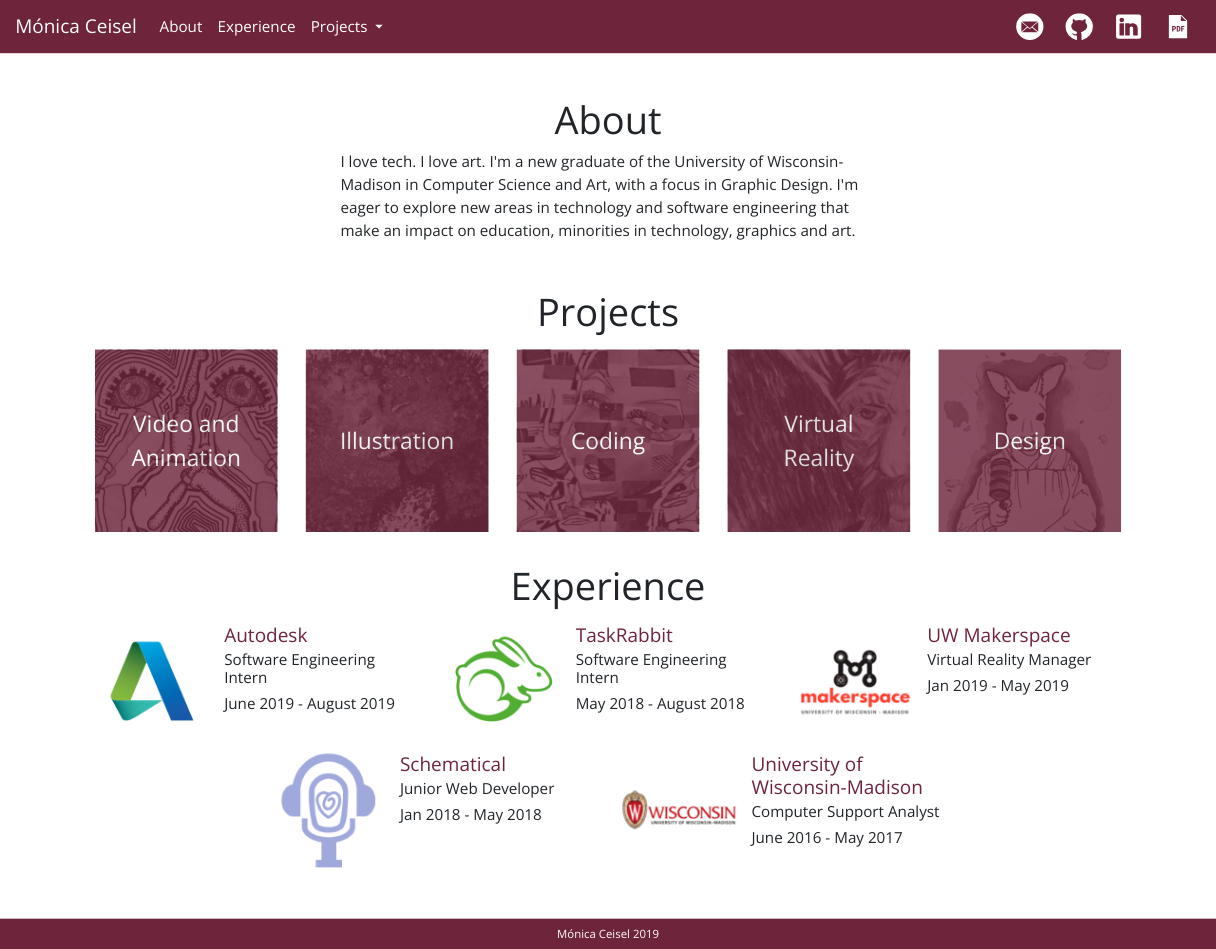
Repository: ceiselm/ceiselm.github.io
Page: index.html
These files come from the project's save history. The page is drawn as it stood at one moment and after the next save; the edit follows.
The browser window is 1280 px wide. The pictures show the whole page, at 95% of full size.

Above is the page before, as saved 2019-08-07 23:03:15.

### index.html
<!DOCTYPE html>
<html lang="en">

<head>
  <meta charset="utf-8">
  <meta http-equiv="X-UA-Compatible" content="IE=edge">
  <meta name="viewport" content="width=device-width, initial-scale=1">
  <title>M&oacute;nica Ceisel</title>
  <!-- Bootstrap -->
  <link href="css/bootstrap-4.2.1.css" rel="stylesheet">
  <!-- slick -->
  <link rel="stylesheet" type="text/css" href="slick/slick.css" />
  <!-- Add the new slick-theme.css if you want the default styling -->
  <link rel="stylesheet" type="text/css" href="slick/slick-theme.css" />
  <!-- font -->
  <link href="https://fonts.googleapis.com/css?family=Open+Sans&display=swap" rel="stylesheet">
  <!-- overwrites -->
  <link href="css/home.css" rel="stylesheet">
</head>

<body>
  <main>
    <!-- site navigation component START -->
    <nav class="navbar navbar-expand-lg navbar-dark bg-dark">
      <a class="navbar-brand" href="./index.html">M&oacute;nica Ceisel</a>
      <button class="navbar-toggler" type="button" data-toggle="collapse" data-target="#navbarSupportedContent"
        aria-controls="navbarSupportedContent" aria-expanded="false" aria-label="Toggle navigation">
        <span class="navbar-toggler-icon"></span>
      </button>
      <div class="collapse navbar-collapse" id="navbarSupportedContent">
        <ul class="navbar-nav mr-auto">
          <li class="nav-item">
            <a class="nav-link" href="#startAbout">About</a>
          </li>
          <li class="nav-item">
            <a class="nav-link" href="#startExperience">Experience</a>
          </li>
          <li class="nav-item dropdown">
            <a class="nav-link dropdown-toggle" href="#" id="navbarDropdown" role="button" data-toggle="dropdown"
              aria-haspopup="true" aria-expanded="false">
              Projects
            </a>
            <div class="dropdown-menu" aria-labelledby="navbarDropdown">
              <a class="dropdown-item" href="./subpages/coding.html">Coding</a>
              <div class="dropdown-divider"></div>
              <a class="dropdown-item" href="./subpages/illustration.html">Illustration</a>
              <a class="dropdown-item" href="./subpages/design.html">Design</a>
              <a class="dropdown-item" href="./subpages/virtualreality.html">Virtual Reality</a>
              <a class="dropdown-item" href="./subpages/videoandanimation.html">Video and Animation</a>
            </div>
          </li>
        </ul>
      </div>
      <!--		HAVE ICONS APPEAR ON BOTTOM FOR RESPONSIVE!-->
      <div class="navabar navbar-collapse">
        <ul class="navbar-nav ml-auto">
          <li class="nav-item">
            <a target="_blank" href="mailto:ceiselm@gmail.com"><img class="contact-icon" src="images/social/mail.svg"
                title="ceiselm@gmail.com" alt="mail"></a>
            <a target="_blank" href="https://github.com/ceiselm"><img class="contact-icon" src="images/social/github.svg"
                title="ceiselm" alt="github"></a>
            <a target="_blank" href="https://www.linkedin.com/in/monicaceisel/"><img class="contact-icon" src="images/social/linkedin.svg"
                title="monicaceisel" alt="linkedin"></a>
            <!-- <a target="_blank" href="https://twitter.com/Momonimations"><img class="contact-icon" src="images/social/twitter.svg" title="Momonimations" alt="twitter"></a> -->
            <a target="_blank" href="https://drive.google.com/file/d/1Cxu938UaEI__a5fxJjOS7-iBWBv4FZOx/view?usp=sharing"><img
                class="contact-icon" src="images/social/pdf.svg" title="Resume" alt="resume"></a>
          </li>
        </ul>
      </div>
    </nav>
    <!-- site navigation component END -->
    <!-- <hr> -->
    <!-- about START -->
    <div class="portion">
        <div class="container">
            <div class="row justify-content-center">
                <div class="col-10">
      <section>
        <div class="text-center mt-2">
          <div class="container">
            <div class="row">
              <div class="col-12">
                <h1 id="startAbout">About</h1>
                <div class="container">
                  <div class="row justify-content-center">
                    <div class="col col-md-8">
                      <p align="left">I love tech. I love art. I'm a new graduate of the University of Wisconsin-Madison
                        in Computer Science and Art,
                        with a focus in Graphic Design. I'm eager to explore new areas in technology and software
                        engineering that
                        make an impact on education, minorities in technology, graphics and art.
                      </p>
                    </div>
                  </div>
                </div>
                <!-- noteworthy articles -->
                <!--				https://insider.windows.com/en-us/community-news/how-this-coder-artist-grew-superpowers-to-create/-->
                <!--				https://insider.windows.com/en-us/community-news/extraordinary-women-in-computing/-->

                <!-- <div class="wrapper"> -->
                <!-- <div class="portion">
                  <div class="row align-items-center">
                  <div class="container col-lg-10 col-md-10">
                  <div class="slides">
                    <div><img class="slide-item col-sx-4" src="images/carousel/Microsoft.png" alt="First slide"><a class="highlight" href="https://insider.windows.com/en-us/community-news/how-this-coder-artist-grew-superpowers-to-create/">Microsoft Women
                      in Computing Award Winner</a></div>
                    <div><img class="slide-item col-sx-4" src="images/carousel/Target.jpg" alt="Second slide">1st Place for the
                      Target Women in Tech Symposium Hackathon</div>
                    <div><img class="slide-item col-sx-4" src="images/carousel/TaskRabbit.jpg" alt="Third slide">Software
                      Engineering Internship at TaskRabbit</div>
                    </div>
                  </div>
                </div> -->
              </div>
              </div>
            </div>
          </div>
        </div>
      </section>
    </div>
    <!-- about END -->
    <!-- <hr> -->
    <!-- projects START -->
    <div class="portion">
      <section>
        <div class="container">
          <div class="row">
            <div class="col-12 text-center">
              <h1>Projects</h1>
              <!-- <p>Lorem ipsum dolor sit amet, consectetur adipisicing elit. Officia, et, placeat !</p> -->
            </div>
          </div>
          <div class="row mt-2">

            <div class="col-md mt-md-0 mt-1">
              <a href="./subpages/videoandanimation.html">
                <img class="image img-fluid float-right" src="images/buttons/Button03.png" alt="Video and Animation" href="#">
                <div class="overlay">
                  <div class="text">Video and Animation</div>
                </div>
              </a>
            </div>

            <div class="col-md mt-md-0 mt-1">
              <a href="./subpages/illustration.html">
                <img class="image img-fluid float-left" src="images/buttons/Button01.png" alt="Illustration">
                <div class="overlay">
                  <div class="text">Illustration</div>
                </div>
              </a>
            </div>

            <div class="col-md mt-md-0 mt-1">
              <a href="./subpages/coding.html">
                <img class="image img-fluid float-left" src="images/buttons/Button05.png" alt="Coding" href="#">
                <div class="overlay">
                  <div class="text">Coding</div>
                </div>
              </a>
            </div>
            <div class="col-md mt-md-0 mt-1">
              <a href="./subpages/virtualreality.html">
                <img class="image img-fluid float-right" src="images/buttons/Button04.png" alt="Virtual Reality" href="#">
                <div class="overlay">
                  <div class="text">Virtual Reality</div>
                </div>
              </a>
            </div>
            <div class="col-md mt-md-0 mt-1">
              <a href="./subpages/design.html">
                <img class="image img-fluid float-left" src="images/buttons/Button02.png" alt="Design" href="#">
                <div class="overlay">
                  <div class="text">Design</div>
                </div>
              </a>
            </div>
          </div>
        </div>
      </section>
    </div>
  <!-- projects END -->
    <!-- experience START -->
    <!-- <hr> -->
    <div class="portion">
      <section>
        <div class="container">
          <div class="row">
            <div class="col-12 text-center">
              <h1 id="startExperience">Experience</h1>
              <!-- <p>Lorem ipsum dolor sit amet, consectetur adipisicing elit. Quibusdam, magni, doloribus, possimus eum sapiente deleniti doloremque fugit ut expedita molestiae iusto debitis eveniet modi obcaecati ipsam quos quis labore dicta.</p> -->
            </div>
          </div>
        </div>
      </section>
      <section>
        <div class="container mt-2">
          <div class="row align-items-center">
            <div class="col-md-4 col-12">
              <ul class="list-unstyled">
                <li class="media">
                  <img class="mr-3" src="images/companies/120px-Autodesk_logo.svg.png" alt="Autodesk">
                  <div class="media-body">
                    <h5 class="mt-0 mb-1"><a href="https://www.autodesk.com/">Autodesk</a></h5>
                    <h6>Software Engineering Intern</h6>
                    <h6>June 2019 - August 2019</h6>
                  </div>
                </li>
              </ul>
            </div>
            <div class="col-md-4 col-12">
              <ul class="list-unstyled">
                <li class="media">
                  <img class="mr-3" src="images/companies/taskrabbit_logo.png" alt="TaskRabbit">
                  <div class="media-body">
                    <h5 class="mt-0 mb-1"><a href="https://www.taskrabbit.com/">TaskRabbit</a></h5>
                    <h6>Software Engineering Intern</h6>
                    <h6>May 2018 - August 2018</h6>
                  </div>
                </li>
              </ul>
            </div>
            <div class="col-md-4 col-12">
              <ul class="list-unstyled">
                <li class="media">
                  <img class="mr-3" src="images/companies/makerspacelogo.png" alt="Makerspace">
                  <div class="media-body">
                    <h5 class="mt-0 mb-1"><a href="https://making.engr.wisc.edu/">UW Makerspace</a></h5>
                    <h6>Virtual Reality Manager</h6>
                    <h6>Jan 2019 - May 2019</h6>
                  </div>
                </li>
              </ul>
            </div>
          </div>
        <!-- second row -->
        <div class="row">
          <div class="container col-lg-8 col-md-8 col-sm-12 col-xs-12">
                    <div class="row">
            <div class="col">
              <ul class="list-unstyled">
                <li class="media">
                  <img class="mr-3" src="images/companies/castdex_logo.png" alt="Schematical">
                  <div class="media-body">
                    <h5 class="mt-0 mb-1">Schematical</h5>
                    <h6>Junior Web Developer</h6>
                    <h6>Jan 2018 - May 2018</h6>
                  </div>
                </li>
              </ul>
            </div>
            <div class="col">
              <ul class="list-unstyled">
                <li class="media">
                  <img class="mr-3" src="images/companies/uwmadison.png" alt="University of Wisconsin-Madison">
                  <div class="media-body">
                    <h5 class="mt-0 mb-1"><a href="">University of Wisconsin-Madison</a></h5>
                    <h6>Computer Support Analyst</h6>
                    <h6>June 2016 - May 2017</h6>
                  </div>
                </li>
              </ul>

            </div>
            <div>
          </div>
          </div>

        </div>
      </section>
    </div>
  </div>
  </div>
</div>
</div>
  <!-- experience END -->
  </main>
  <!-- footer START -->
  <div class="portion">
    <div class="footer">
      <div class="container h-100">
        <div class="row h-100 justify-content-center align-items-center footer-text">
          <div class="col-12 text-center">
            M&oacute;nica Ceisel 2019
          </div>
        </div>
      </div>
    </div>
  </div>
  <!-- footer END -->
  <!-- jQuery (necessary for Bootstrap's JavaScript plugins) -->
  <script src="js/jquery-3.3.1.min.js"></script>
  <!-- Include all compiled plugins (below), or include individual files as needed -->
  <script src="js/popper.min.js"></script>
  <script src="js/bootstrap-4.2.1.js"></script>
  <script src="js/index.js"></script>
  <!-- slick -->
  <script type="text/javascript" src="slick/slick.min.js"></script>
</body>

</html>

### css/home.css
@charset "utf-8";
/* CSS Document */

body {
  font-family: 'Open Sans', sans-serif;
}

main {
  padding-bottom: 2rem;
}

.footer {
  left: 0;
  bottom: 0;
  width: 100%;
  background-color: #6E243B;
  color: white;
  text-align: center;
  height: 2rem;
  position: relative;
  margin-top: -2rem;
  clear: both;
}

.footer-text {
  font-size: .75rem;
}

.contact-icon {
    height: 1.8em;
    width: 3em;

}

.contact-icon:hover {
    position: relative;
	opacity: .8;
}

.bg-dark {
  background-color: #6E243B !important;
}

.navbar-dark .navbar-nav .nav-link {
    color: rgba(255, 255, 255, 255);
}

h5 {
	color: #6E243B;
}

h5:hover, h5:link, h5:focus {
	color: #EDA200;
}

a {
	text-decoration: none !important;
	color: inherit;
}

a:hover, a:link, a:focus {
	color: inherit;
}

.image {
  position:relative;
  display: block;
  width: 100%;
  height: auto;
  opacity: 0.9;
  transition: 1s ease;
  -webkit-filter: grayscale(100%); /* Safari 6.0 - 9.0 */
  filter: grayscale(100%);
}

.overlay {
  position: relative;
  top: 0;
  bottom: 0;
  left: 0;
  right: 0;
  height: 100%;
  width: 100%;
  opacity: 0.8;
  background-color: #6E243B;
}

.col-md:hover .image {
  opacity: 1;
  -webkit-filter: grayscale(0%); /* Safari 6.0 - 9.0 */
  filter: grayscale(0%);
}

.col-md:hover .overlay {
  opacity: 0;
}


.text {
  color: white;
  font-size: 18pt;
  position: absolute;
  top: 50%;
  left: 50%;
  opacity: 1 !important;
  -webkit-transform: translate(-50%, -50%);
  -ms-transform: translate(-50%, -50%);
  transform: translate(-50%, -50%);
  text-align: center;
}


.slide-item {
  width: 100%;
}


.slick-prev:before {
  color: #6E243B;
}

.slick-next:before {
  color: #6E243B;
}

.slick-dots li.slick-active button::before {
  color: #6E243B;
}

.slick-dots li button::before {
  color: #6E243B;
}

.portion {
  padding-top: 3%;
}

.google-slides-container{
  position: relative;
  width: 100%;
  padding-top: 60%;
  overflow: hidden;
}

.google-slides-container iframe{
  position: absolute;
  top: 0;
  left: 0;
  width: 100%;
  height: 100%;
}

### js/index.js
$(document).ready(function(){
  $('.slides').slick({
    centerMode: true,
    centerPadding: '60px',
    slidesToShow: 1,
    slidesToScroll: 1,
    adaptiveHeight: true,
    dots: true,
    arrows: true,
    variableWidth: true,
    autoplay: true,
    autoplaySpeed: 2000,
    responsive: [
      {
        breakpoint: 768,
        settings: {
          arrows: false,
          centerMode: true,
          centerPadding: '40px',
          slidesToShow: 1
        }
      },
      {
        breakpoint: 480,
        settings: {
          arrows: false,
          centerMode: true,
          centerPadding: '40px',
          slidesToShow: 1
        }
      }
    ]

  });
});

Loaded but not shown: css/bootstrap-4.2.1.css (library); slick/slick.css (common file); slick/slick-theme.css (library); js/jquery-3.3.1.min.js (library); js/popper.min.js (library); js/bootstrap-4.2.1.js (library); slick/slick.min.js (library)

After the next save:
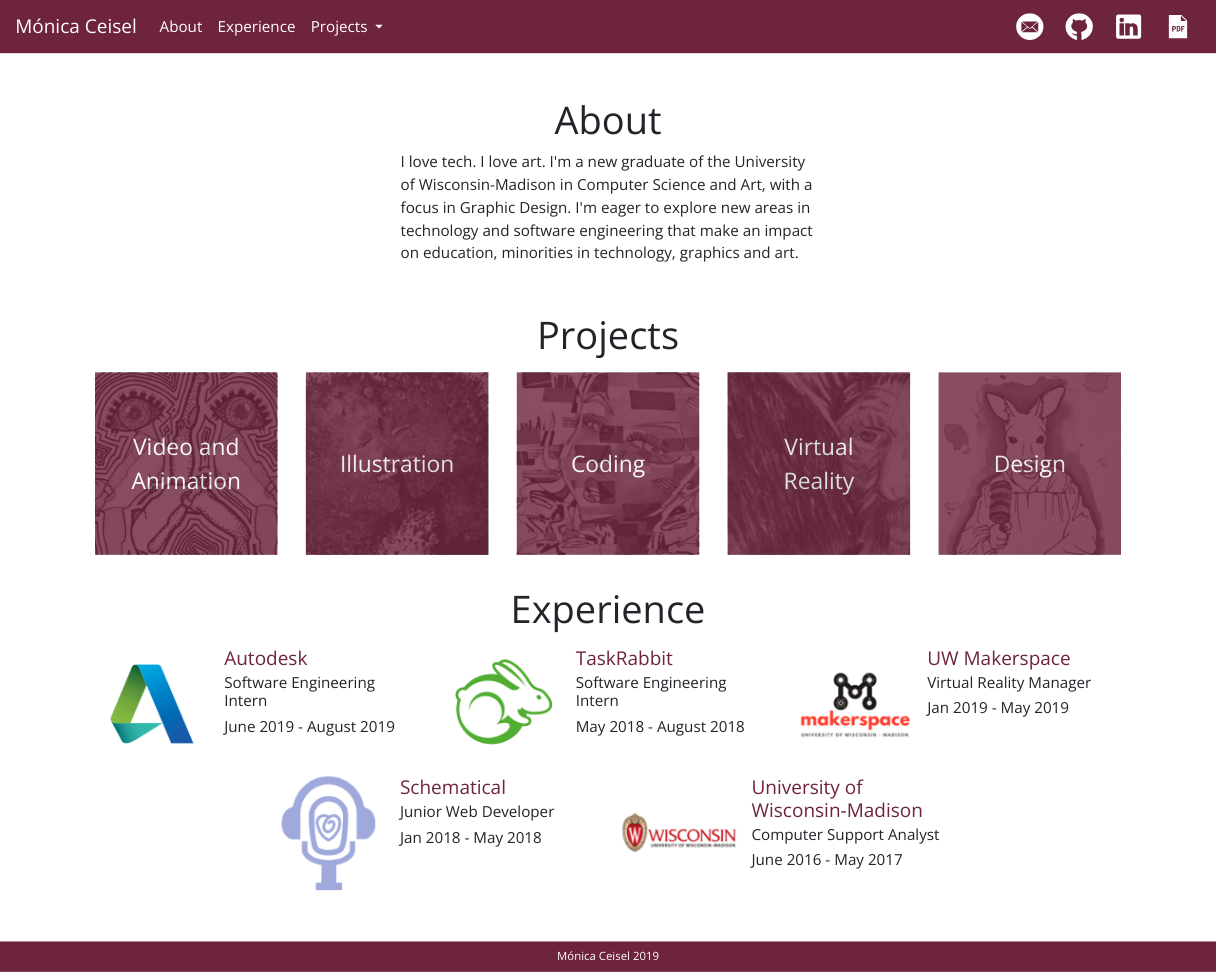
Saved 5 s later.
--- a/index.html
+++ b/index.html
@@ -74,7 +74,7 @@
     <div class="portion">
         <div class="container">
             <div class="row justify-content-center">
-                <div class="col-10">
+                <div class="col-8">
       <section>
         <div class="text-center mt-2">
           <div class="container">
